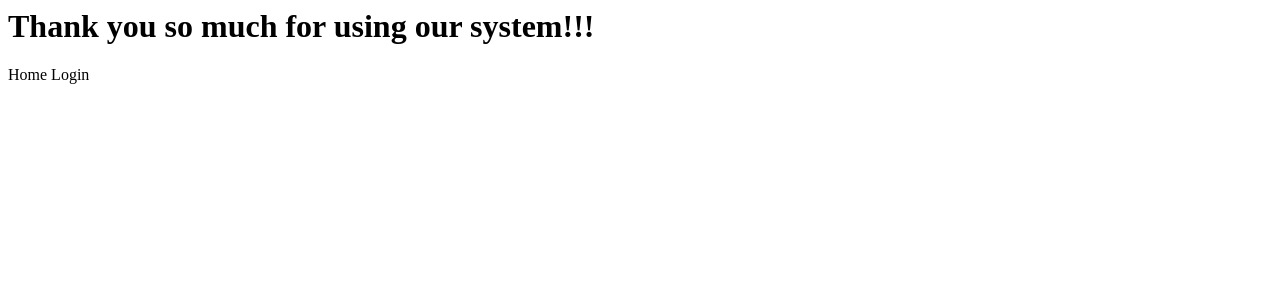
Repository: Kutty39/WebApps
Page: http://localhost/WebPageApp1/logout.jsp
These files come from the project's save history. The page is drawn as it stood at one moment and after the next save; the edit follows.
The browser window is 1280 px wide. The pictures show the whole page.
The page is served by Tomcat 9. The session is filled in as if someone had signed in: {"user": "testuser", "detail": 1}.

Above is the page before, as saved 2019-12-09 11:57:30.

After the next save:
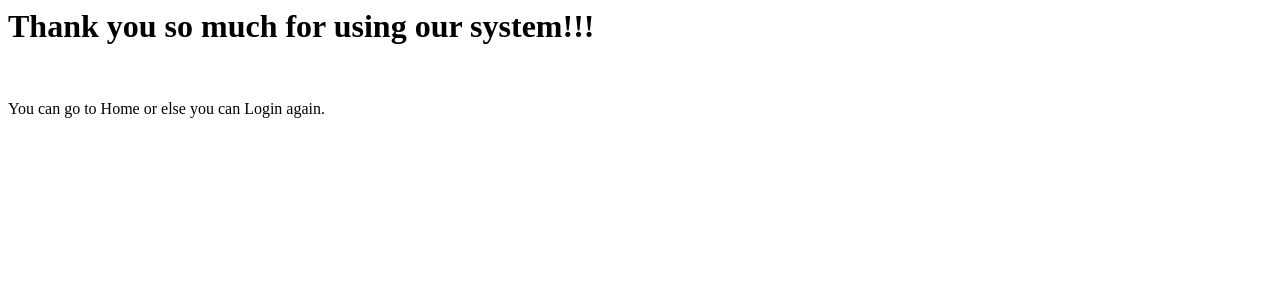
Saved 54 s later.
--- a/LoginRegistrationPage/WebPageApp1/src/main/webapp/logout.jsp
+++ b/LoginRegistrationPage/WebPageApp1/src/main/webapp/logout.jsp
@@ -1,7 +1,6 @@
 <%@ page language="java" contentType="text/html; charset=UTF-8"
     pageEncoding="UTF-8"%>
 <div class="out-container">
-<h1>Thank you so much for using our system!!!</h1>
-<a class="button home">Home</a>
-<a class="button login">Login</a>
+<h1>Thank you so much for using our system!!!</h1> <br>
+<p>You can go to <a class="button home">Home</a> or else you can <a class="button login">Login</a> again.</p>
 </div>
